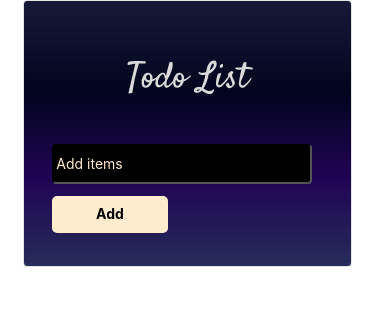
Repository: arpana23/Todo-list
Page: /
An editor plug-in stored every save of this project. The page is shown before and after the next save, followed by the edit.
The browser window is 375 px wide. The pictures show the whole page.
Some web libraries are served in a nearby version. The project was rebuilt for these pictures with package versions that can differ from the ones it lists, and the page was loaded fresh each time. Also part of the build but not shown: src/Todolist.js.

Above is the page before, as saved 2021-04-17 17:28:55.

### public/index.html
<!DOCTYPE html>
<html lang="en">
  <head>
    <meta charset="utf-8" />
    <link rel="icon" href="%PUBLIC_URL%/favicon.ico" />
    <meta name="viewport" content="width=device-width, initial-scale=1" />
    <meta name="theme-color" content="#000000" />
    <meta
      name="description"
      content="Web site created using create-react-app"
    />
    <link rel="apple-touch-icon" href="%PUBLIC_URL%/logo192.png" />
    <!--
      manifest.json provides metadata used when your web app is installed on a
      user's mobile device or desktop. See https://developers.google.com/web/fundamentals/web-app-manifest/
    -->
    <script src="https://kit.fontawesome.com/94ade1d1ca.js" crossorigin="anonymous"></script>
    <link rel="preconnect" href="https://fonts.gstatic.com">
    <link href="https://fonts.googleapis.com/css2?family=Satisfy&display=swap" rel="stylesheet">
    <link rel="manifest" href="%PUBLIC_URL%/manifest.json" />
    <!-- Latest compiled and minified CSS -->
    <link rel="stylesheet" href="https://maxcdn.bootstrapcdn.com/bootstrap/3.4.1/css/bootstrap.min.css">

    <!-- jQuery library -->
    <script src="https://ajax.googleapis.com/ajax/libs/jquery/3.5.1/jquery.min.js"></script>

    <!-- Latest compiled JavaScript -->
    <script src="https://maxcdn.bootstrapcdn.com/bootstrap/3.4.1/js/bootstrap.min.js"></script>

    <!--
      Notice the use of %PUBLIC_URL% in the tags above.
      It will be replaced with the URL of the `public` folder during the build.
      Only files inside the `public` folder can be referenced from the HTML.

      Unlike "/favicon.ico" or "favicon.ico", "%PUBLIC_URL%/favicon.ico" will
      work correctly both with client-side routing and a non-root public URL.
      Learn how to configure a non-root public URL by running `npm run build`.
    -->
    <title>React App</title>
  </head>
  <body>
    <noscript>You need to enable JavaScript to run this app.</noscript>
    <div id="root"></div>
    <!--
      This HTML file is a template.
      If you open it directly in the browser, you will see an empty page.

      You can add webfonts, meta tags, or analytics to this file.
      The build step will place the bundled scripts into the <body> tag.

      To begin the development, run `npm start` or `yarn start`.
      To create a production bundle, use `npm run build` or `yarn build`.
    -->
  </body>
</html>

### src/App.js
import React, { useState } from 'react';
import Todolist from './Todolist';
import './App.css';

const App = () => {


  const [inputItem , setInputItem] = useState("");
  const [itemList , setItemList] = useState([]);

  const handleChange = (e) => {
    setInputItem(e.target.value);
  }

  const addItems = (e) => {
    e.preventDefault();
    setItemList((olditems) => {
      return [...olditems, inputItem];
    });
    setInputItem("");
  }

  const updateItem = (id) => {
    let item =  itemList.map((olditems,index,data) => {
      if(index === id) {
        setInputItem(data.splice(index,1));
        olditems = !olditems;
      }
      return [olditems];
      }
    )
    return item;
  }

  const deleteItem = (id) => {
    setItemList((olditems) => {
      return olditems.filter((arrElement,index) => {
        return index !== id;
        // if(index !== id) {
        //   return [...arrElement];
        // }
      })
    })
  }


 return (
  <>
    <div className="main-container">
      <div className="flex-container">
        <div className="well">
          <br />
            <h1 className="title text-center">Todo List</h1>
          <br />
          <div>
            <input type="text" className="addInput" max="10" min="1" placeholder="Add items" value={inputItem} onChange={handleChange}/>
            <button type="submit" className="btn" onClick={addItems}> Add </button>
            <ul className="list-group">
              {
                itemList.map((data,index) => {
                  return <Todolist
                  key= {index}
                  id= {index}
                  list= {data}
                  onEdit= {updateItem}
                  onSelect= {deleteItem}
                  />
                })
              }
            </ul>
          </div>
        </div>
      </div>
    </div>

  </>
 )
}

export default App;

### src/App.css
.App {
  text-align: center;
}

.main-container {
  display: flex;
  flex-direction: column;
  justify-content: center;
}

.flex-container {
  display: flex;
  flex-direction: column;
  align-items: center;
  margin: 100px;
}

.well {
  background-image: linear-gradient(rgb(22, 26, 56),rgb(2, 5, 29),rgb(32, 4, 84),rgb(38, 44, 89));
  width: 40%;
}

.addInput {
  margin: 18px;
  width: 70%;
  height: 5vh;
  border-radius: 4px;
  background-color: black;
  outline: black;
  border-color: black;
  color:blanchedalmond;
  font-size: 14px;
}

.addInput::placeholder {
  color:blanchedalmond;
  margin-left: 2px;
}

.btn {
  margin: 3px;
  width: 20%;
  height: 5.5vh;
  border-radius: 5px;
  margin-top: -2px;
  font-weight: bold;
  background-color: blanchedalmond;
  color: black;
  outline: transparent;
  border: 2px solid blanchedalmond;
}

.btn:hover {
  background-color: blueviolet;
  color: black;
  font-weight: bold;
  outline: transparent;
  border-color: transparent;
}

.btn::-webkit-validation-bubble-arrow-clipper {
  background-color: blueviolet;
  color: black;
  outline: transparent;
  border-color: transparent;
}

.list-group {
  margin: 11px;
}

.mylist {
  /* border: 1px solid black; */
  margin-top: 10px;
  margin-bottom: 10px;
  text-align: justify;
  /* border-radius: 7px; */
}

.list-group-item {
  word-wrap: break-word;
  background-image: linear-gradient(rgb(32, 4, 84),rgb(38, 44, 89));
}

.my-text {
  margin-right: 3px;
  word-wrap: break-word;
  color: blanchedalmond;
}

.ed-del {
  display: flex;
  flex-direction: row;
  margin-top: -20px;
  justify-content: flex-end;
  align-items: center;
}

.fas {
  font-size: 20px;
  margin: 3px;
  display: flex;
  flex-direction: row;
  /* margin: 7px; */
  align-items: center;
}

.title {
  color: #dadada ;
  font-family: 'Satisfy', cursive;
}

.fa-trash {
  color: rgb(45, 30, 255);
}

.fa-edit {
  color:rgb(221, 84, 203);
}

@media screen and (max-width: 480px) {

  .flex-container {
    margin: 20px;
    margin-top: 0px;
  }

  .well {
    width: 98%;
  }

  .addInput {
    margin: 14px;
    margin-left: 9px;
    width: 90%;
    height: 5vh;
  }

  .btn {
    margin: 3px;
    margin-left: 9px;
    width: 40%;
    height: 4.7vh;
    border-radius: 5px;
    margin-top: -2px;
    font-weight: bold;
    padding: 2px;
  }

  .my-text {
    margin-right: 1px;
  }

  .fas {
    font-size: 14px;
  }

}

@media screen and (min-width: 481px) and (max-width: 768px) {
  .well {
    width: 90%;
  }
}

@media screen and (min-width: 769px) and (max-width: 992px) {
  .well {
    width: 90%;
  }
}

Loaded but not shown: src/index.js (common file); src/index.css (common file); src/reportWebVitals.js (common file)

After the next save:
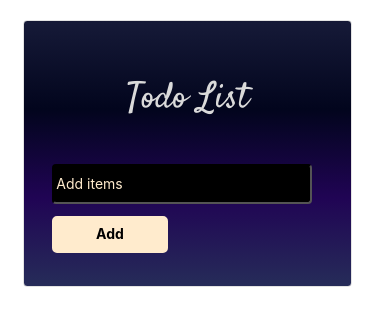
Saved 6 s later.
--- a/src/App.css
+++ b/src/App.css
@@ -122,7 +122,6 @@
 
   .flex-container {
     margin: 20px;
-    margin-top: 0px;
   }
 
   .well {

After the save that followed:
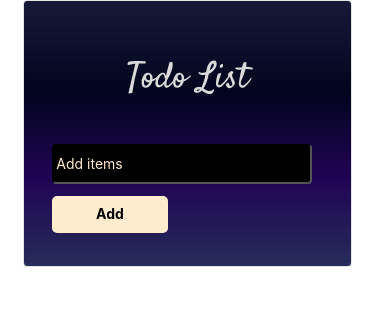
Saved 11 s later.
--- a/src/App.css
+++ b/src/App.css
@@ -122,6 +122,7 @@
 
   .flex-container {
     margin: 20px;
+    margin-top: 0px;
   }
 
   .well {
